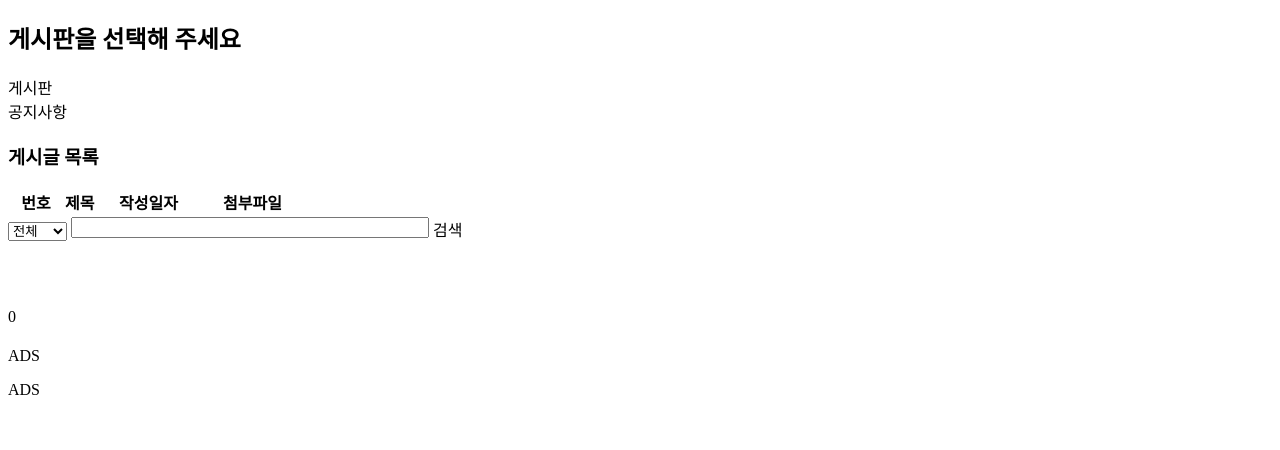
Repository: letzbegin/Study
Page: http://localhost/portfolio/WEB-INF/views/board/list.jsp
An editor plug-in stored every save of this project. The page is shown before and after the next save, followed by the edit.
The browser window is 1280 px wide. The pictures show the whole page.
The page is served by Tomcat 9. Nobody is signed in. The template is opened directly, without the code that normally fills it, so the values that code supplies are empty.

Above is the page before, as saved 2018-10-15 03:51:47.

After the next save:
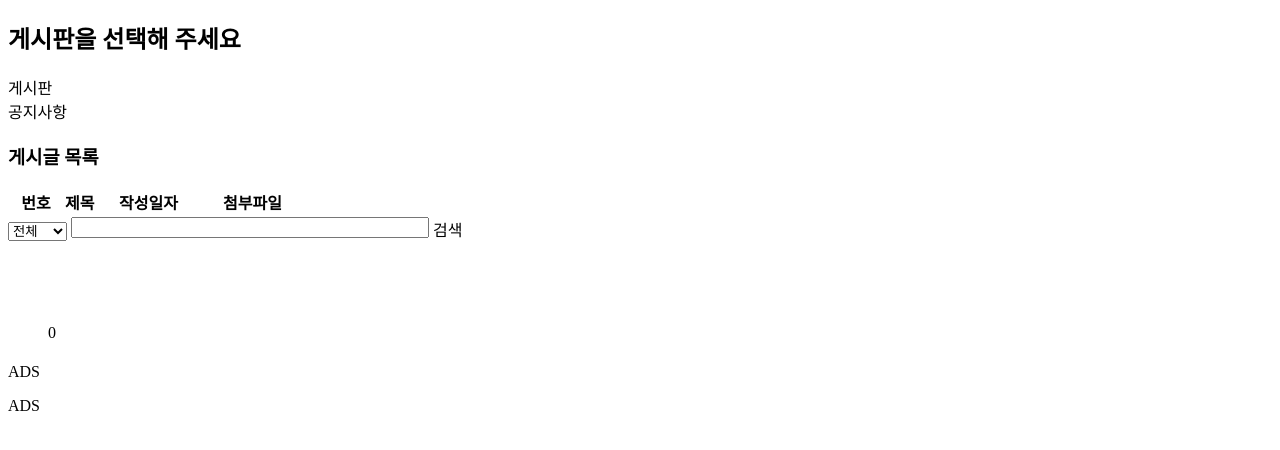
Saved 2 min 7 s later.
--- a/pol/portfolio/src/main/webapp/WEB-INF/views/board/page.jsp
+++ b/pol/portfolio/src/main/webapp/WEB-INF/views/board/page.jsp
@@ -31,8 +31,9 @@
 <%-- class="page_prev" onclick="go_page(${page.beginPage-1})">이전블럭</a> --%>
 </c:if>
 
+<ul class="pagination">
+<c:forEach var="i" begin="${page.beginPage }" end="${page.endPage }">
 
-<c:forEach var="i" begin="${page.beginPage }" end="${page.endPage }">
 	<c:if test="${i eq page.curPage }">
  		<span class="page_on">${i }</span>
  	</c:if>

After the 2 saves that followed:
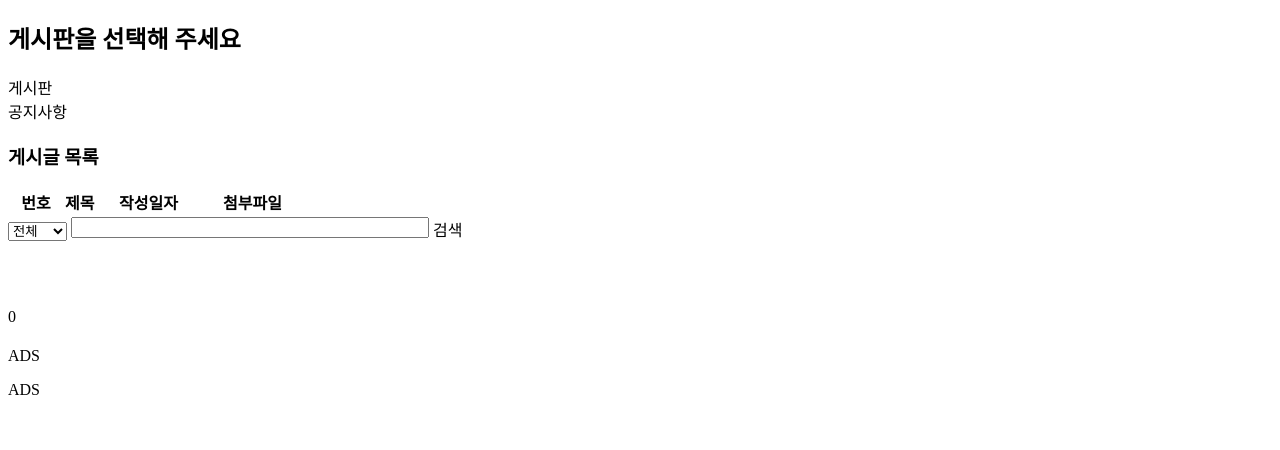
The 2 saves are shown as one change because 1 left the picture as it was.
The last was saved 75 s later.
--- a/pol/portfolio/src/main/webapp/WEB-INF/views/board/page.jsp
+++ b/pol/portfolio/src/main/webapp/WEB-INF/views/board/page.jsp
@@ -31,9 +31,8 @@
 <%-- class="page_prev" onclick="go_page(${page.beginPage-1})">이전블럭</a> --%>
 </c:if>
 
-<ul class="pagination">
+
 <c:forEach var="i" begin="${page.beginPage }" end="${page.endPage }">
-
 	<c:if test="${i eq page.curPage }">
  		<span class="page_on">${i }</span>
  	</c:if>
